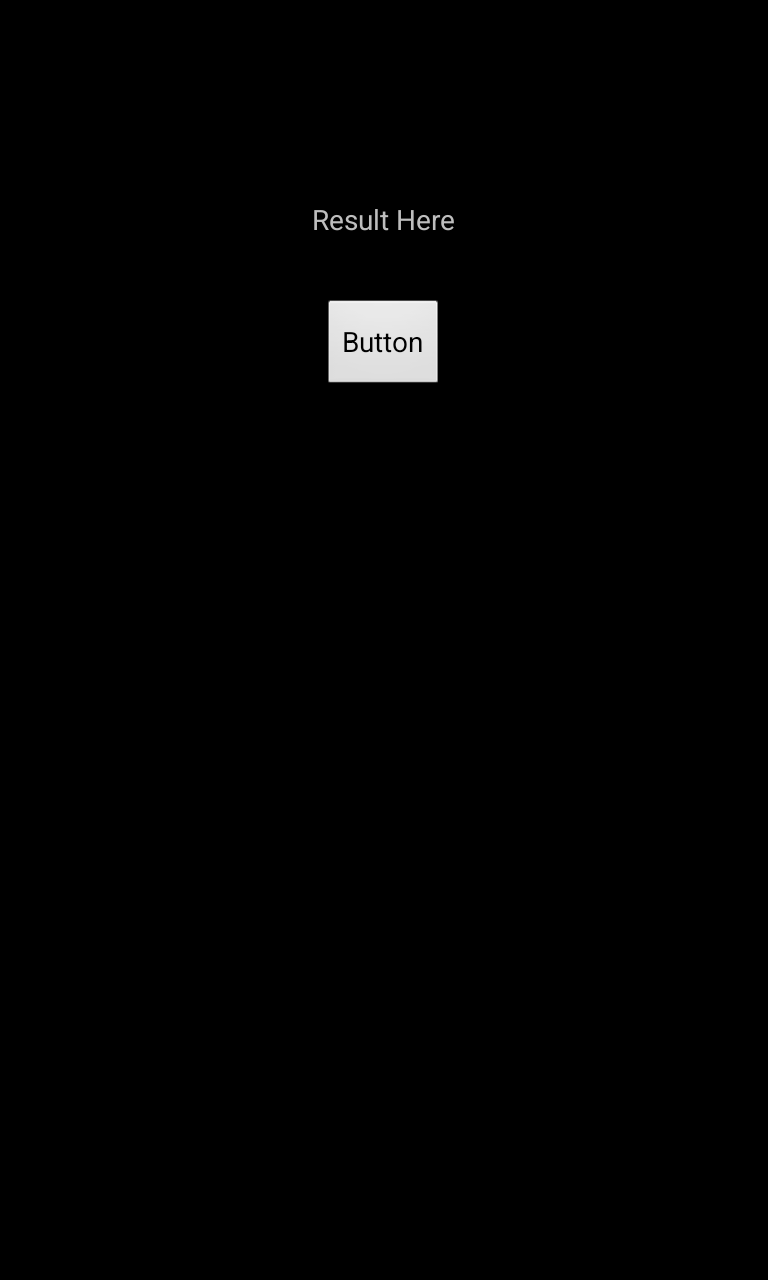
Repository: adityasawhney/ParkingIQ
Layout: prototype/RestAndroid/res/layout/main.xml
The author's editor kept a copy of each file at every save. The layout is drawn from the files as they stood at one save, then again after the next save.
It is drawn on a 768 x 1280 px phone screen (xhdpi) without system bars, with theme android:Theme; the app's code is not run.

Above is the layout before, as saved 2011-04-16 04:16:08.

### prototype/RestAndroid/res/layout/main.xml
<?xml version="1.0" encoding="utf-8"?>
    <LinearLayout xmlns:android="http://schemas.android.com/apk/res/android" android:layout_width="fill_parent" android:layout_height="fill_parent" android:id="@+id/linearLayout1" android:orientation="vertical">
        <TextView android:layout_width="wrap_content" android:id="@+id/txtTime" android:text="Result Here" android:layout_height="wrap_content" android:layout_gravity="center" android:layout_marginTop="100dip"></TextView>
        <Button android:id="@+id/btnCallWebService" android:text="Button" android:layout_height="wrap_content" android:layout_width="wrap_content" android:layout_gravity="center" android:layout_margin="30dip"></Button>
    </LinearLayout>

<LinearLayout 	xmlns:android="http://schemas.android.com/apk/res/android"
				android:orientation="vertical"
				android:layout_width="fill_parent"
				android:layout_height="fill_parent"
				android:layout_gravity="center|center_vertical"
				android:gravity="center_vertical">
	<TextView 	android:id="@+id/txtTime"
				android:layout_width="wrap_content"
				android:layout_height="wrap_content"
				android:text="Result Here"
				android:layout_gravity="center_horizontal">
	    <Button 	android:id="@+id/btnCallWebService"
	    			android:layout_width="wrap_content"
	    			android:layout_height="wrap_content"
	    			android:text="Call REST Service"
	    			android:layout_gravity="center_horizontal">
		</Button>
	</TextView>
</LinearLayout>

After the next save:
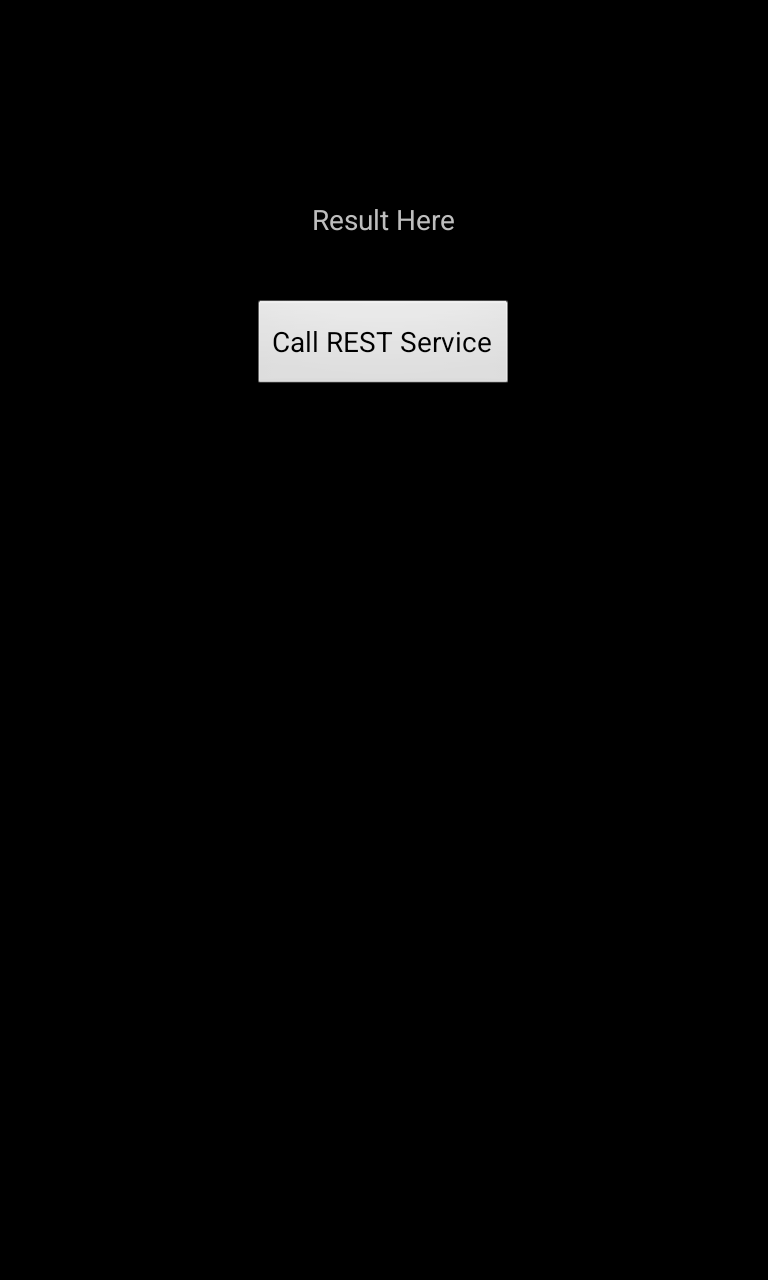
Saved 8 s later.
--- a/prototype/RestAndroid/res/layout/main.xml
+++ b/prototype/RestAndroid/res/layout/main.xml
@@ -1,7 +1,7 @@
 <?xml version="1.0" encoding="utf-8"?>
     <LinearLayout xmlns:android="http://schemas.android.com/apk/res/android" android:layout_width="fill_parent" android:layout_height="fill_parent" android:id="@+id/linearLayout1" android:orientation="vertical">
         <TextView android:layout_width="wrap_content" android:id="@+id/txtTime" android:text="Result Here" android:layout_height="wrap_content" android:layout_gravity="center" android:layout_marginTop="100dip"></TextView>
-        <Button android:id="@+id/btnCallWebService" android:text="Button" android:layout_height="wrap_content" android:layout_width="wrap_content" android:layout_gravity="center" android:layout_margin="30dip"></Button>
+        <Button android:id="@+id/btnCallWebService" android:text="Call REST Service" android:layout_height="wrap_content" android:layout_width="wrap_content" android:layout_gravity="center" android:layout_margin="30dip"></Button>
     </LinearLayout>
 
 <LinearLayout 	xmlns:android="http://schemas.android.com/apk/res/android"
